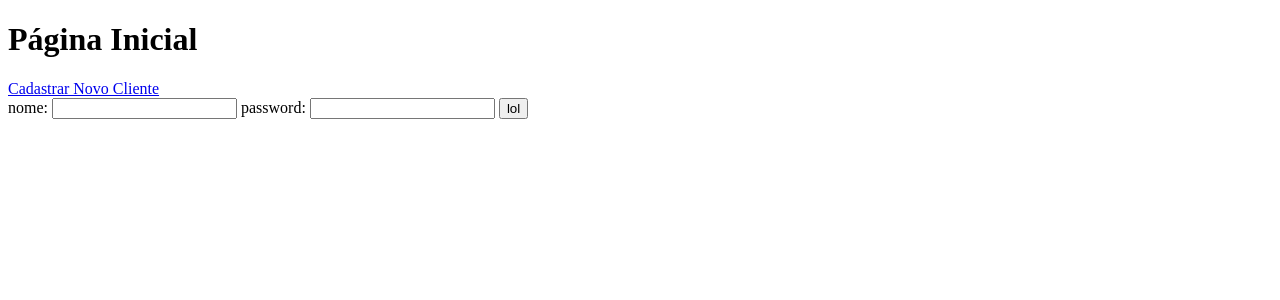
Repository: felipepalma14/Divus
Page: academiaweb/WebContent/index.html
An editor plug-in stored every save of this project. The page is shown before and after the next save, followed by the edit.
The browser window is 1280 px wide. The pictures show the whole page.

Above is the page before, as saved 2015-08-01 14:08:40.

After the next save:
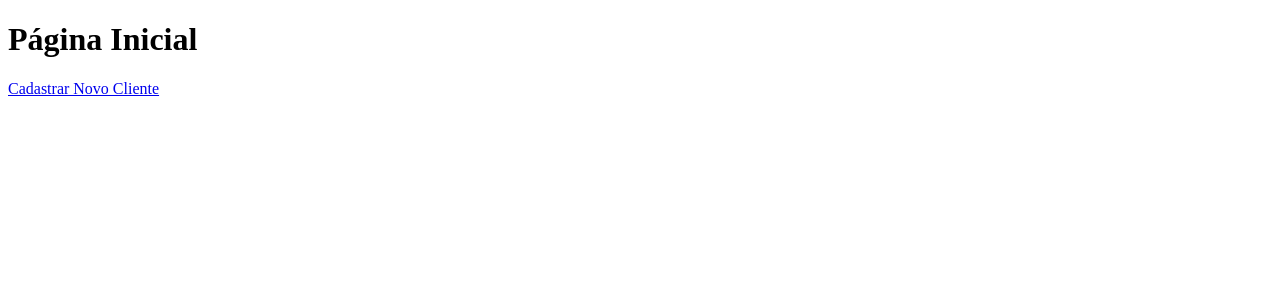
Saved 113 s later.
--- a/academiaweb/WebContent/index.html
+++ b/academiaweb/WebContent/index.html
@@ -12,12 +12,13 @@
 	<!-- h1 >> para titulo -->
 	<h1>Página Inicial</h1>
 	<a href="cadastrarcliente.html">Cadastrar Novo Cliente</a>
-	<form action="www.dontpad.com/aj35" method="POST">
-		nome: <input type="text" name = "nome">
-		password: <input type="password" name = "password">
-		<button type="submit">lol</button>
 
-	</form>
+<!-- 	<form action="www.dontpad.com/aj35" method="POST"> -->
+<!-- 		nome: <input type="text" name = "nome"> -->
+<!-- 		password: <input type="password" name = "password"> -->
+<!-- 		<button type="submit">lol</button> -->
+
+<!-- 	</form> -->
 
 </body>
 </html>
